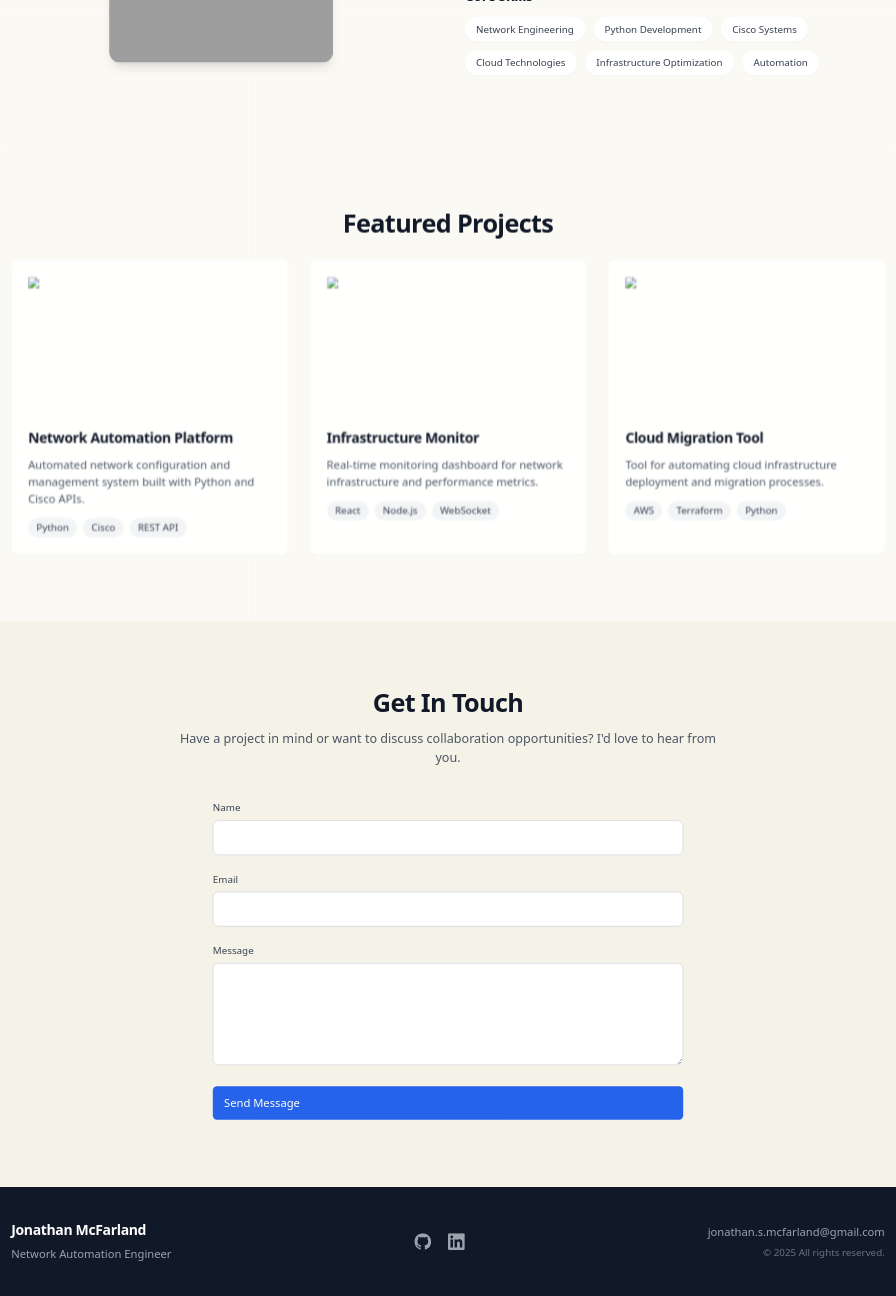
Repository: jonathanm35796/WebsitePortfolio
Page: /
These files come from the project's save history. The page is drawn as it stood at one moment and after the next save; the edit follows.
The browser window is 1280 px wide. The pictures show the part of the page from y = 1064 to 2984 px (the page is 2916 px tall before and 2984 px after), at 70% of full size.
Pictures or frames that could not be fetched are drawn as grey boxes. The project was rebuilt for these pictures with package versions that can differ from the ones it lists, and the page was loaded fresh each time. The framework's server and built-in components were replaced by stand-ins that run in the browser. Also part of the build but not shown: next.config.js, next.config.ts.

Above is the page before, as saved 2025-02-02 00:17:36.

After the next save:
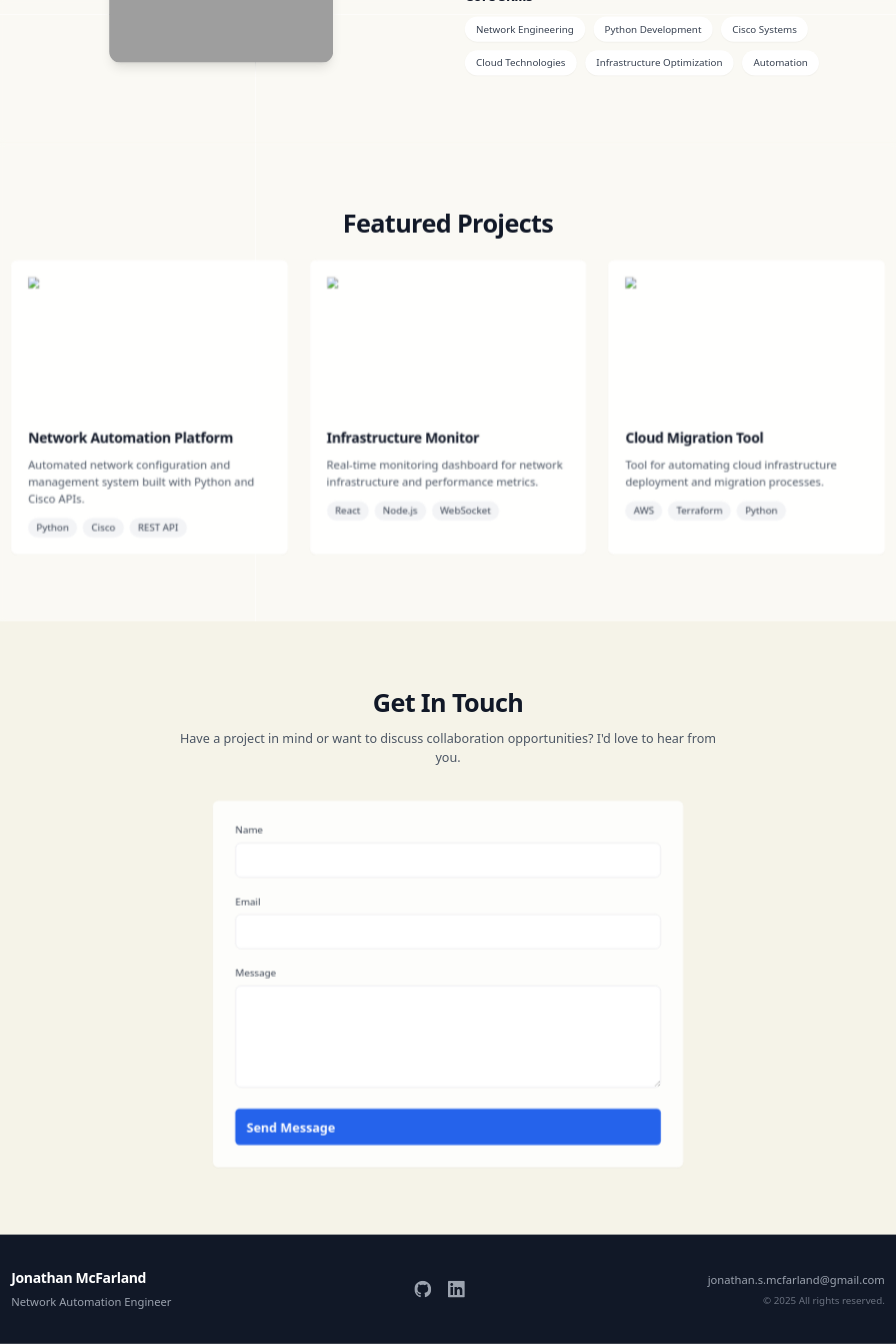
Saved 12 s later.
--- a/src/components/Contact.tsx
+++ b/src/components/Contact.tsx
@@ -29,52 +29,52 @@ export default function Contact() {
         </div>
 
         <div className="max-w-2xl mx-auto">
-          <form onSubmit={handleSubmit} className="space-y-6">
+            <form onSubmit={handleSubmit} className="space-y-6 bg-white/80 backdrop-blur-sm p-8 rounded-lg shadow-sm">
             <div>
               <label htmlFor="name" className="block text-sm font-medium text-gray-700 mb-2">
-                Name
+              Name
               </label>
               <input
-                type="text"
-                id="name"
-                value={formData.name}
-                onChange={(e) => setFormData({ ...formData, name: e.target.value })}
-                className="w-full px-4 py-3 rounded-lg border border-gray-300 focus:ring-2 focus:ring-blue-500 focus:border-blue-500"
-                required
+              type="text"
+              id="name"
+              value={formData.name}
+              onChange={(e) => setFormData({ ...formData, name: e.target.value })}
+              className="w-full px-4 py-3 rounded-lg border border-gray-200 focus:ring-2 focus:ring-blue-500 focus:border-blue-500 bg-white/90"
+              required
               />
             </div>
 
             <div>
               <label htmlFor="email" className="block text-sm font-medium text-gray-700 mb-2">
-                Email
+              Email
               </label>
               <input
-                type="email"
-                id="email"
-                value={formData.email}
-                onChange={(e) => setFormData({ ...formData, email: e.target.value })}
-                className="w-full px-4 py-3 rounded-lg border border-gray-300 focus:ring-2 focus:ring-blue-500 focus:border-blue-500"
-                required
+              type="email"
+              id="email"
+              value={formData.email}
+              onChange={(e) => setFormData({ ...formData, email: e.target.value })}
+              className="w-full px-4 py-3 rounded-lg border border-gray-200 focus:ring-2 focus:ring-blue-500 focus:border-blue-500 bg-white/90"
+              required
               />
             </div>
 
             <div>
               <label htmlFor="message" className="block text-sm font-medium text-gray-700 mb-2">
-                Message
+              Message
               </label>
               <textarea
-                id="message"
-                value={formData.message}
-                onChange={(e) => setFormData({ ...formData, message: e.target.value })}
-                rows={5}
-                className="w-full px-4 py-3 rounded-lg border border-gray-300 focus:ring-2 focus:ring-blue-500 focus:border-blue-500"
-                required
+              id="message"
+              value={formData.message}
+              onChange={(e) => setFormData({ ...formData, message: e.target.value })}
+              rows={5}
+              className="w-full px-4 py-3 rounded-lg border border-gray-200 focus:ring-2 focus:ring-blue-500 focus:border-blue-500 bg-white/90"
+              required
               />
             </div>
 
             <button
               type="submit"
-              className="w-full btn btn-primary py-3"
+              className="w-full btn btn-primary py-3 text-lg font-semibold"
             >
               Send Message
             </button>
